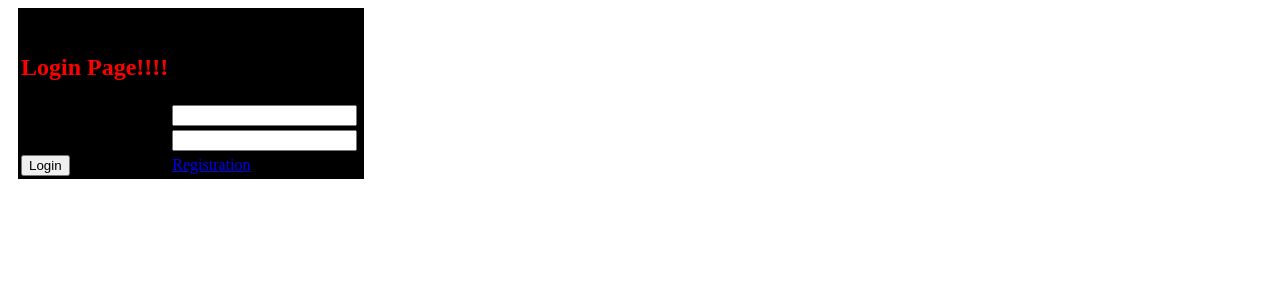
Repository: Ritesh1194/FellowshipApp
Page: http://localhost/MyLoginRegistrationProject/login.jsp
An editor plug-in stored every save of this project. The page is shown before and after the next save, followed by the edit.
The browser window is 1280 px wide. The pictures show the whole page.
The page is served by Tomcat 9. Nobody is signed in. The application's start-up code is not run.

Above is the page before, as saved 2019-12-27 10:08:17.

After the next save:
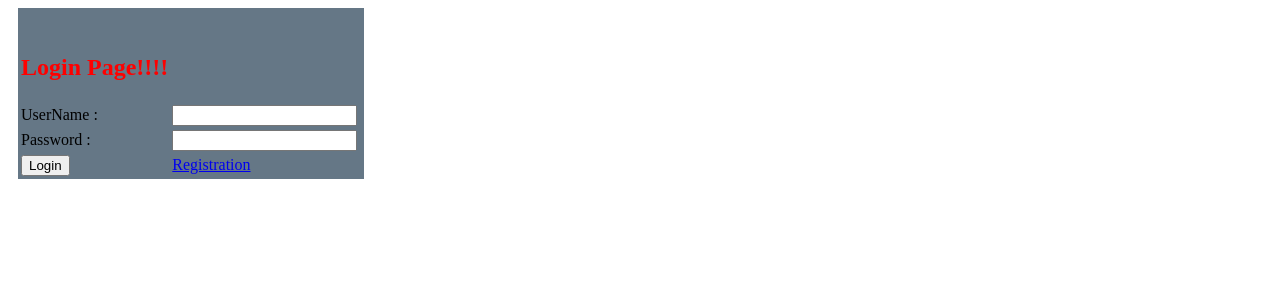
Saved 37 s later.
--- a/MyLoginRegistrationProject/WebContent/login.jsp
+++ b/MyLoginRegistrationProject/WebContent/login.jsp
@@ -9,7 +9,7 @@
 <body>
 	<form action="LoginRegister" method="post">
 		<table
-			style="background-color: black; margin-right: 10px; margin-left: 10px;">
+			style="background-color: #657786; margin-right: 10px; margin-left: 10px;">
 			<tr>
 				<td><h3 style="color: red;">${message}</h3>
 					<h3 style="color: green;">${successMessage}</h3></td>
